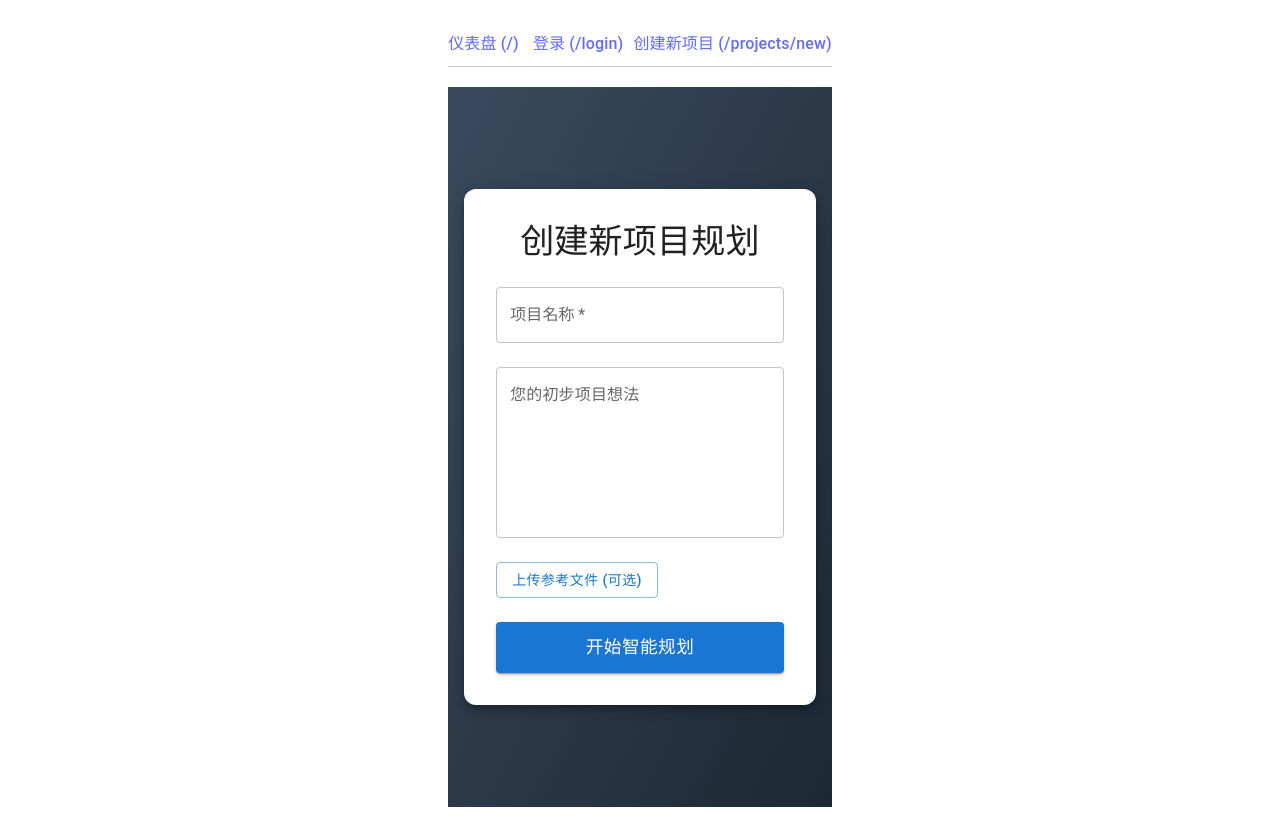
Repository: deloog/aipa
Page: /projects/new
These files come from the project's save history. The page is drawn as it stood at one moment and after the next save; the edit follows.
The browser window is 1280 px wide. The pictures show the whole page.
The project was rebuilt for these pictures with package versions that can differ from the ones it lists, and the page was loaded fresh each time. Also part of the build but not shown: vite.config.ts, src/pages/LoginPage.tsx, src/pages/DashboardPage.tsx, src/pages/DialoguePage.tsx, src/pages/RequirementsReviewPage.tsx.

Above is the page before, as saved 2025-05-27 11:04:30.

After the next save:
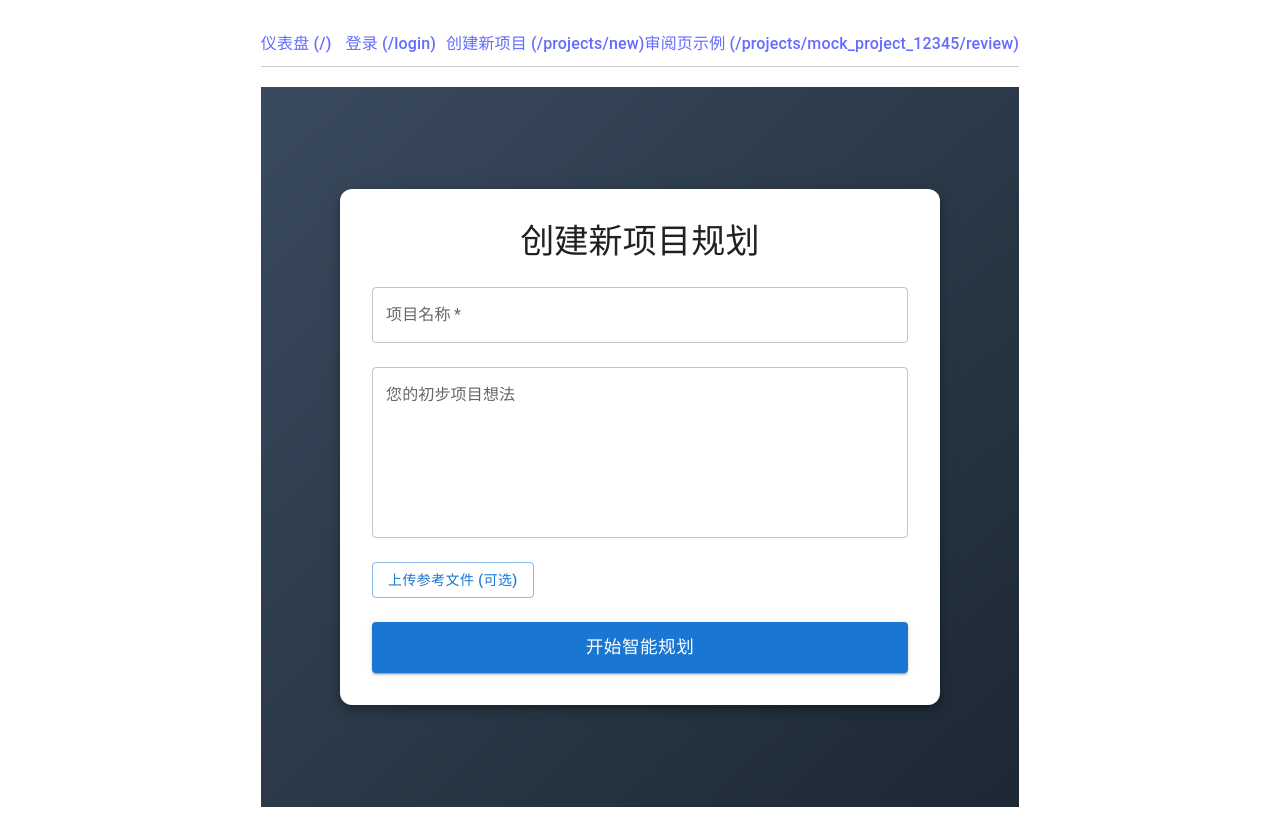
Saved 16 min 56 s later.
--- a/src/App.tsx
+++ b/src/App.tsx
@@ -15,6 +15,7 @@ function App() {
           <Link to="/" style={{ marginRight: '10px' }}>仪表盘 (/) </Link>
           <Link to="/login" style={{ marginRight: '10px' }}>登录 (/login)</Link>
           <Link to="/projects/new">创建新项目 (/projects/new)</Link>
+          <Link to="/projects/mock_project_12345/review">审阅页示例 (/projects/mock_project_12345/review)</Link>
           {/* 移除了之前可能存在的直接访问DialoguePage的临时链接，或将其注释掉 */}
         </nav>
 
